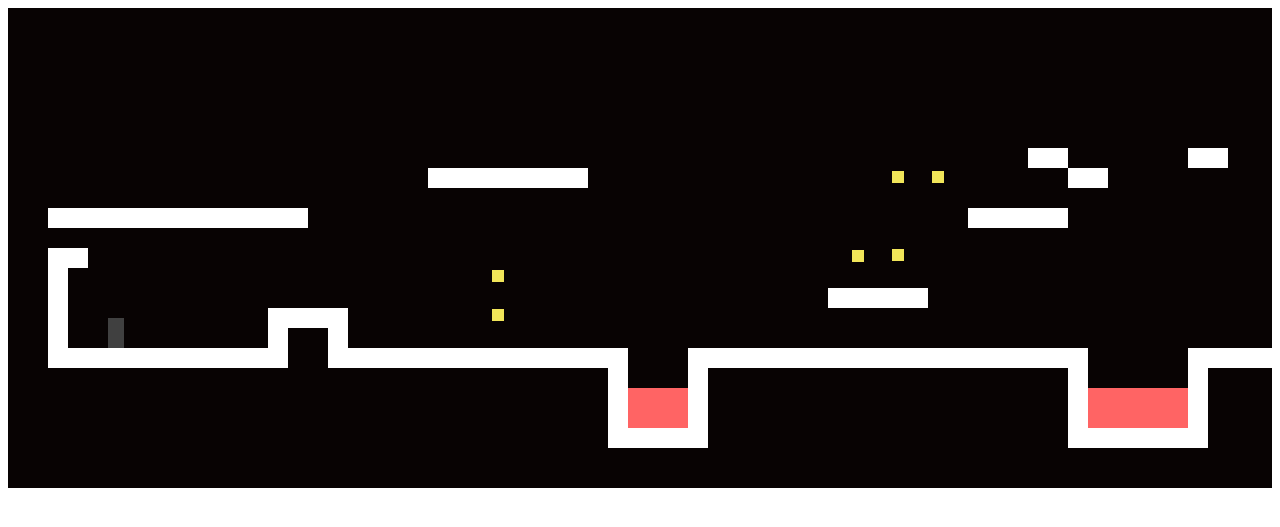
Repository: luccas-teddy/examenlucas
Page: index.html
An editor plug-in stored every save of this project. The page is shown before and after the next save, followed by the edit.
The browser window is 1280 px wide. The pictures show the whole page.

Above is the page before, as saved 2021-02-11 22:07:15.

After the next save:
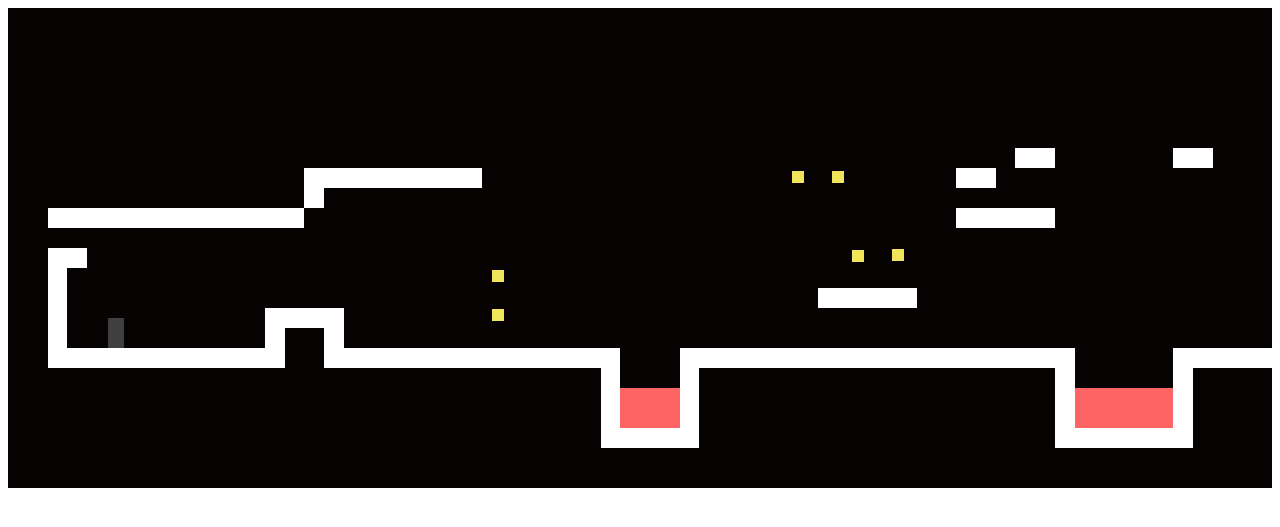
Saved 79 s later.
--- a/code/levels.js
+++ b/code/levels.js
@@ -7,8 +7,8 @@ var GAME_LEVELS = [`
 ................................................................................
 ..................................................................###...........
 ...................................................##......##....##+##..........
-.....................########...............o.o......##..................#+++#..
-.................................................................##+##..........
+...............#########...............o.o......##..................#+++#..
+...............#..................................................##+##..........
 ..#############.................................#####....................#v#....
 ............................................................................##..
 ..##......................................o.o................................#..
